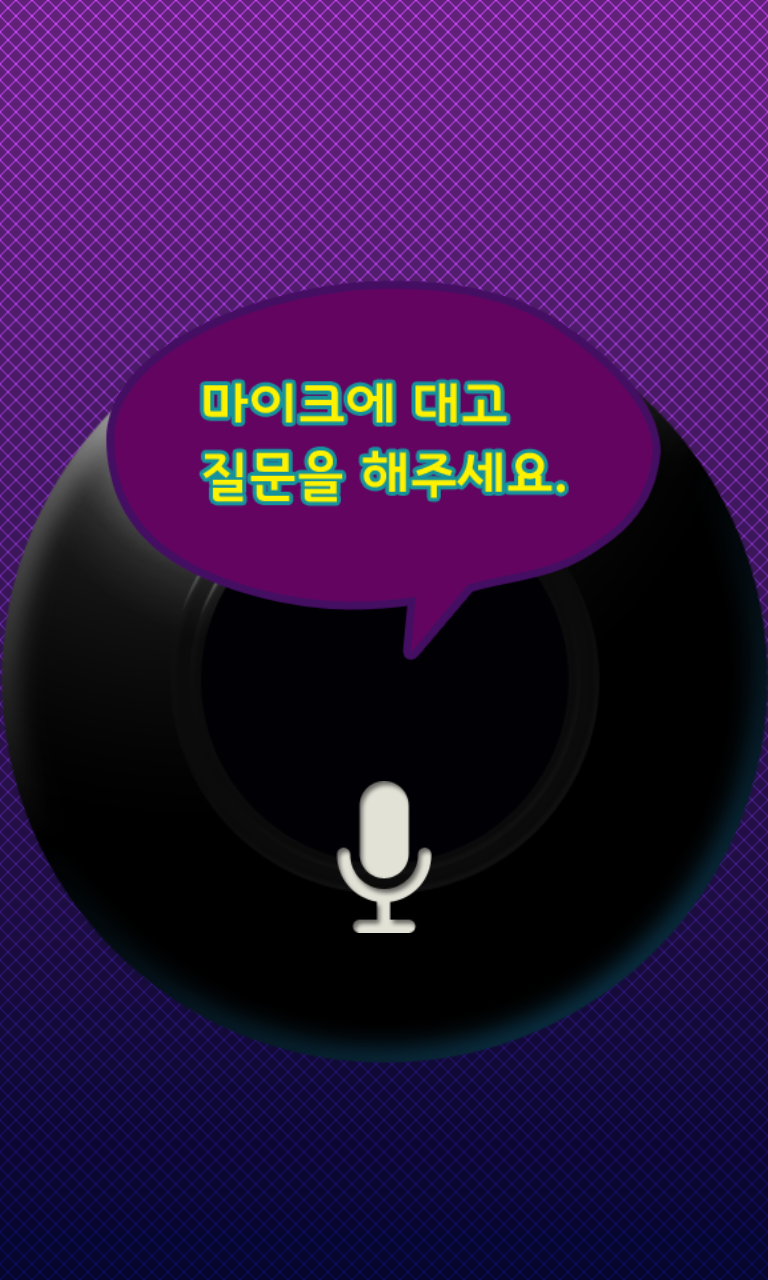
Repository: LimHeeJho/masicBall
Layout: MagicBall/res/layout/activity_main.xml
These files come from the project's save history. The layout is drawn as it stood at one moment and after the next save; the edit follows.
It is drawn on a 768 x 1280 px phone screen (xhdpi) without system bars, with theme AppTheme; the app's code is not run.

Above is the layout before, as saved 2013-07-17 08:18:59.

After the next save:
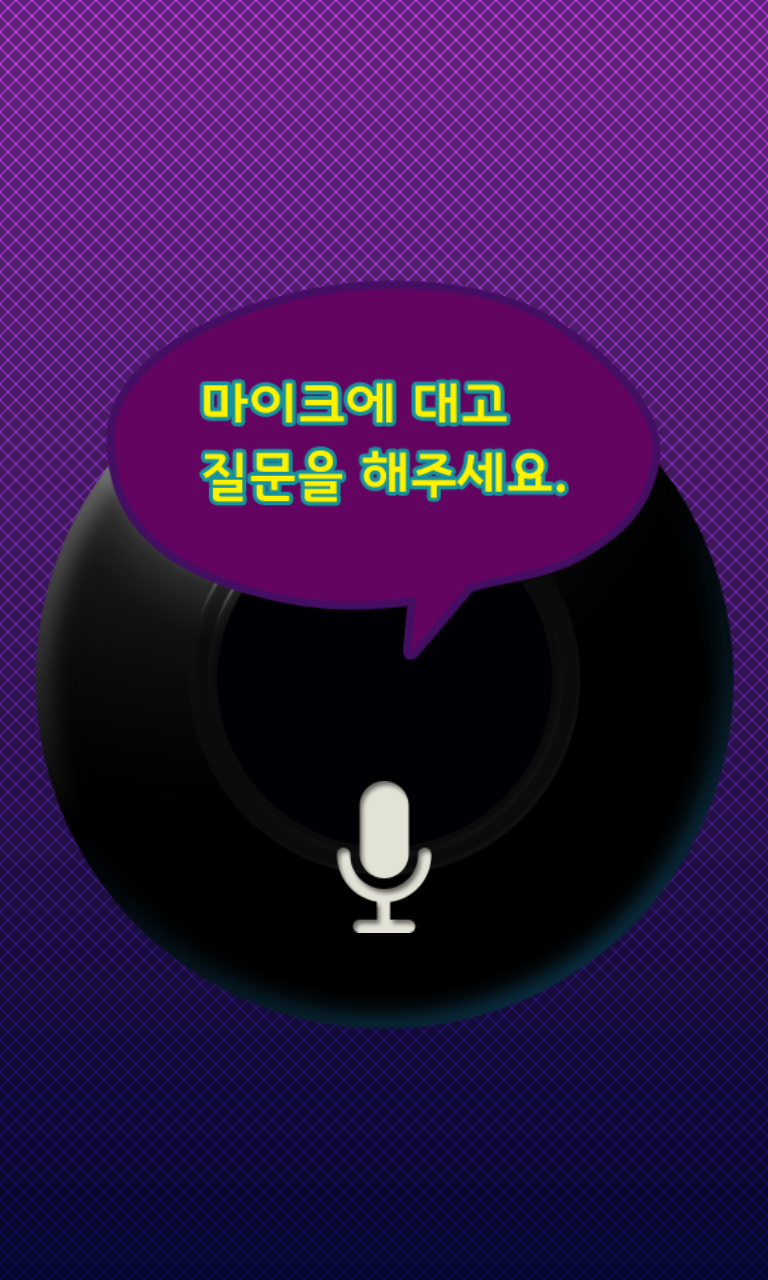
Saved 20 s later.
--- a/MagicBall/res/layout/activity_main.xml
+++ b/MagicBall/res/layout/activity_main.xml
@@ -12,7 +12,7 @@
         android:background="@drawable/background" >
 
         <RelativeLayout
-            android:layout_width="400dp"
+            android:layout_width="350dp"
             android:layout_height="400dp"
             android:layout_marginTop="140dp"
             android:layout_centerHorizontal="true"
